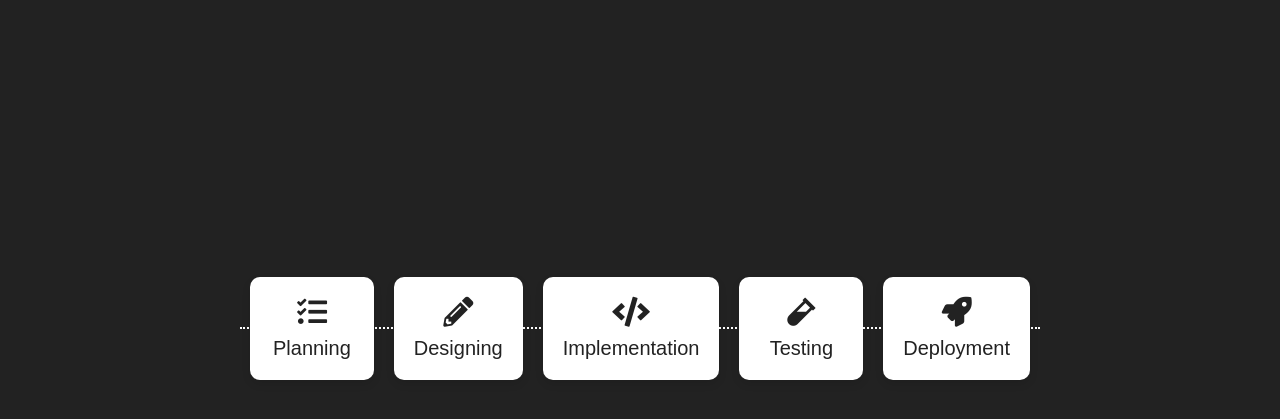
Repository: itsquadian/IT-SQUADIAN
Page: try.html
The author's editor kept a copy of each file at every save. The page is drawn from the files as they stood at one save, then again after the next save.
The browser window is 1280 px wide. The pictures show the whole page.

Above is the page before, as saved 2024-04-13 20:29:38.

After the next save:
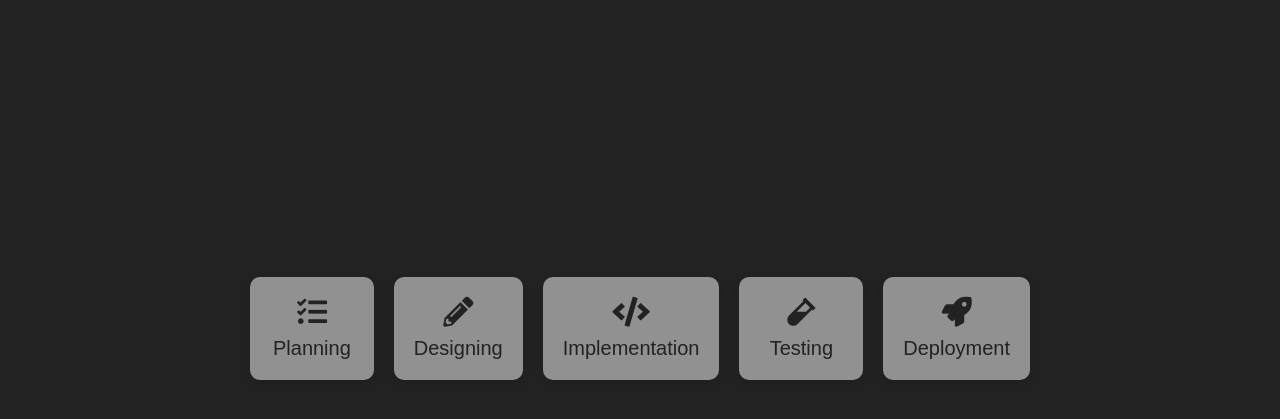
Saved 6 min 14 s later.
--- a/try.html
+++ b/try.html
@@ -31,7 +31,7 @@
     }
 
     .road-path {
-        /* stroke: #fff; */
+        stroke: transparent;
         stroke-width: 10;
     }
 
@@ -51,8 +51,8 @@
         border-radius: 10px;
         box-shadow: 0 4px 8px rgba(0, 0, 0, 0.1);
         position: relative;
-        background-color: #fff; /* Set text color to white */
-        color:#222;
+        background-color: rgba(255, 255, 255, 0.5); /* Set text color to white */
+        color: #222;
         transition: all 0.5s ease; /* Add smooth transition */
         width: 18%; /* Adjust width */
         margin: 0 10px; /* Adjust spacing */
@@ -63,17 +63,8 @@
         margin-bottom: 10px;
     }
 
-    /* Dotted line */
-    .steps::after {
-        content: '';
-        position: absolute;
-        bottom: 50%;
-        left: 0;
-        width: 100%;
-        height: 2px;
-        background: transparent;
-        border-bottom: 2px dotted #fff;
-        z-index: -1;
+    .step:hover {
+        transform: translateY(-5px); /* Apply hover effect */
     }
 
     @media screen and (max-width: 768px) {
